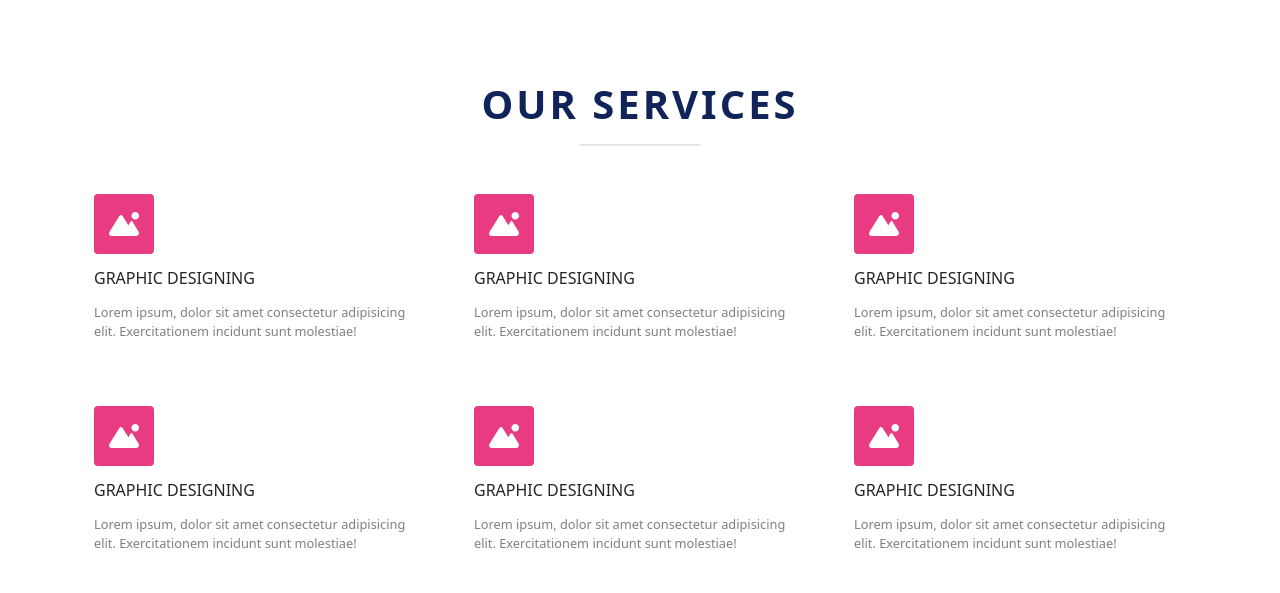
Repository: lhggiang/CaseStudy
Page: index.html
An editor plug-in stored every save of this project. The page is shown before and after the next save, followed by the edit.
The browser window is 1280 px wide. The pictures show the part of the page from y = 778 to 1371 px (the page is 1371 px tall before and 1363 px after).
Backgrounds fixed to the window are drawn as part of the page. Some web libraries are served in a nearby version. The style sheet was rebuilt from its Sass, Less or Tailwind sources for each picture, by a compiler version that may differ from the author's.

Above is the page before, as saved 2023-02-22 15:18:04.

### index.html
<!DOCTYPE html>
<html lang="en">

<head>
    <meta charset="UTF-8">
    <meta http-equiv="X-UA-Compatible" content="IE=edge">
    <meta name="viewport" content="width=device-width, initial-scale=1.0">
    <title>Document</title>
    <link rel="stylesheet" href="./style.css">
    <!-- git remote add origin https://github.com/lhggiang/CaseStudy.git -->
    <link href="https://cdn.jsdelivr.net/npm/bootstrap@5.3.0-alpha1/dist/css/bootstrap.min.css" rel="stylesheet"
        integrity="sha384-GLhlTQ8iRABdZLl6O3oVMWSktQOp6b7In1Zl3/Jr59b6EGGoI1aFkw7cmDA6j6gD" crossorigin="anonymous">
    <link rel="stylesheet" href="https://cdnjs.cloudflare.com/ajax/libs/font-awesome/6.3.0/css/all.min.css">
    <link rel="stylesheet" href="./assets/css/style.css">
</head>

<body>
    <!-- Navbar -->
    <nav class="navbar navbar-expand-lg bg-white">
        <div class="container">
            <a class="navbar-brand" href="#">HG.Travel</a>
            <button class="navbar-toggler" type="button" data-bs-toggle="collapse" data-bs-target="#navbarNav"
                aria-controls="navbarNav" aria-expanded="false" aria-label="Toggle navigation">
                <span class="navbar-toggler-icon"></span>
            </button>
            <div class="collapse navbar-collapse" id="navbarNav">
                <ul class="navbar-nav ms-auto">
                    <li class="nav-item">
                        <a class="nav-link active" aria-current="page" href="#">HOME</a>
                    </li>
                    <li class="nav-item">
                        <a class="nav-link" href="#">SERVICES</a>
                    </li>
                    <li class="nav-item">
                        <a class="nav-link" href="#">PORTFOLIO</a>
                    </li>
                    <li class="nav-item">
                        <a class="nav-link" href="#">FEATURES</a>
                    </li>
                    <li class="nav-item">
                        <a class="nav-link" href="#">TEAM</a>
                    </li>
                    <li class="nav-item">
                        <a class="nav-link" href="#">TESTIMONIALS</a>
                    </li>
                    <li class="nav-item">
                        <a class="nav-link" href="#">CONTACT</a>
                    </li>
                </ul>
            </div>
        </div>
    </nav>
    <!-- Hero -->
    <div class="hero">
        <div class="container text-center">
            <div class="row justify-content-center">
                <div class="col-md-10">
                    <h1 class="text-white display-3">WE ARE CREATIVE AGENCY, CREATIVE PEOPLE</h1>
                    <p class="text-white">Lorem ipsum dolor sit amet consectetur, adipisicing elit. Expedita, soluta
                        fugit
                        voluptatibus veritatis voluptas dolores eligendi ducimus enim blanditiis cupiditate.</p>
                    <a href="#" class="btn btn-danger">Contact</a>
                </div>
            </div>
        </div>
    </div>
    <!-- Services -->
    <div class="services">
        <div class="container">
            <div class="row">
                <div class="col-12 services__intro">
                    <h1>Our Services</h1>
                    <div class="services__line"></div>
                </div>
            </div>
            <div class="row mt-4">
                <div class="col-lg-4 col-sm-6 p-4">
                    <div class="services__icon">
                        <i class="fa-solid fa-mountain-sun"></i>
                    </div>
                    <h4 class="services__title">GRAPHIC DESIGNING</h4>
                    <p class="services__content">Lorem ipsum, dolor sit amet consectetur adipisicing elit.
                        Exercitationem incidunt sunt molestiae!
                    </p>
                </div>
                <div class="col-lg-4 col-sm-6 p-4">
                    <div class="services__icon">
                        <i class="fa-solid fa-mountain-sun"></i>
                    </div>
                    <h4 class="services__title">GRAPHIC DESIGNING</h4>
                    <p class="services__content">Lorem ipsum, dolor sit amet consectetur adipisicing elit.
                        Exercitationem incidunt sunt molestiae!
                    </p>
                </div>
                <div class="col-lg-4 col-sm-6 p-4">
                    <div class="services__icon">
                        <i class="fa-solid fa-mountain-sun"></i>
                    </div>
                    <h4 class="services__title">GRAPHIC DESIGNING</h4>
                    <p class="services__content">Lorem ipsum, dolor sit amet consectetur adipisicing elit.
                        Exercitationem incidunt sunt molestiae!
                    </p>
                </div>
                <div class="col-lg-4 col-sm-6 p-4">
                    <div class="services__icon">
                        <i class="fa-solid fa-mountain-sun"></i>
                    </div>
                    <h4 class="services__title">GRAPHIC DESIGNING</h4>
                    <p class="services__content">Lorem ipsum, dolor sit amet consectetur adipisicing elit.
                        Exercitationem incidunt sunt molestiae!
                    </p>
                </div>
                <div class="col-lg-4 col-sm-6 p-4">
                    <div class="services__icon">
                        <i class="fa-solid fa-mountain-sun"></i>
                    </div>
                    <h4 class="services__title">GRAPHIC DESIGNING</h4>
                    <p class="services__content">Lorem ipsum, dolor sit amet consectetur adipisicing elit.
                        Exercitationem incidunt sunt molestiae!
                    </p>
                </div>
                <div class="col-lg-4 col-sm-6 p-4">
                    <div class="services__icon">
                        <i class="fa-solid fa-mountain-sun"></i>
                    </div>
                    <h4 class="services__title">GRAPHIC DESIGNING</h4>
                    <p class="services__content">Lorem ipsum, dolor sit amet consectetur adipisicing elit.
                        Exercitationem incidunt sunt molestiae!
                    </p>
                </div>
            </div>
        </div>
    </div>
</body>
<script src="https://cdn.jsdelivr.net/npm/bootstrap@5.3.0-alpha1/dist/js/bootstrap.bundle.min.js"
    integrity="sha384-w76AqPfDkMBDXo30jS1Sgez6pr3x5MlQ1ZAGC+nuZB+EYdgRZgiwxhTBTkF7CXvN"
    crossorigin="anonymous"></script>

</html>

### style.scss
* {
  box-sizing: border-box;
}

body {
  font-size: 62.5%;
}

$font-size: 0.9rem;
$color-pink: #e93b81;
$font-weight: 500;

// Navbar
.navbar {
  border-bottom: 2px solid rgba(0, 0, 0, 0.1);
  .navbar-brand {
    font-weight: $font-weight;
    color: #11245a;
  }
  .nav-link {
    font-size: $font-size;
    font-weight: $font-weight;
    letter-spacing: 0.05rem;
    &.active {
      color: $color-pink;
    }
  }
}

//Hero
.hero {
  background-image: linear-gradient(
      to right,
      rgb(67, 67, 67, 0.8) 0%,
      rgb(0, 0, 0, 0.8) 100%
    ),
    url("https://images.unsplash.com/photo-1539635278303-d4002c07eae3?ixlib=rb-4.0.3&ixid=MnwxMjA3fDB8MHxwaG90by1wYWdlfHx8fGVufDB8fHx8&auto=format&fit=crop&w=1170&q=80");
  min-height: 100vh;
  background-size: cover;
  background-position: center;
  background-attachment: fixed;
  display: flex;
  align-items: center;

  h1 {
    font-weight: $font-weight;
  }

  p {
    font-size: $font-size;
    max-width: 30rem;
    margin: 20px auto;
  }

  .btn {
    font-weight: $font-weight;
    font-size: $font-size;
    padding: 8px 22px;
    border-radius: 0;
  }
}

//Services
.services {
  &__intro {
    text-align: center;
    margin-top: 80px;
    h1 {
      color: #11245a;
      text-transform: uppercase;
      font-weight: 600;
      letter-spacing: 3px;
    }
    .services__line {
      width: 120px;
      height: 2px;
      background-color: rgba(0, 0, 0, 0.1);
      margin: 16px auto 0 auto;
    }
  }
  &__icon {
    width: 60px;
    height: 60px;
    background-color: $color-pink;
    color: #fff;
    border-radius: 4px;
    display: flex;
    align-items: center;
    justify-content: center;
    font-size: 1.5rem;
    flex: none;
  }
  &__title {
    font-size: 1rem;
    margin: 15px 0;
  }
  &__content {
    font-size: 0.8rem;
    color: rgba(0, 0, 0, 0.5);
  }
  // &__components {
  //   margin-top: 50px;
  // }
}

After the next save:
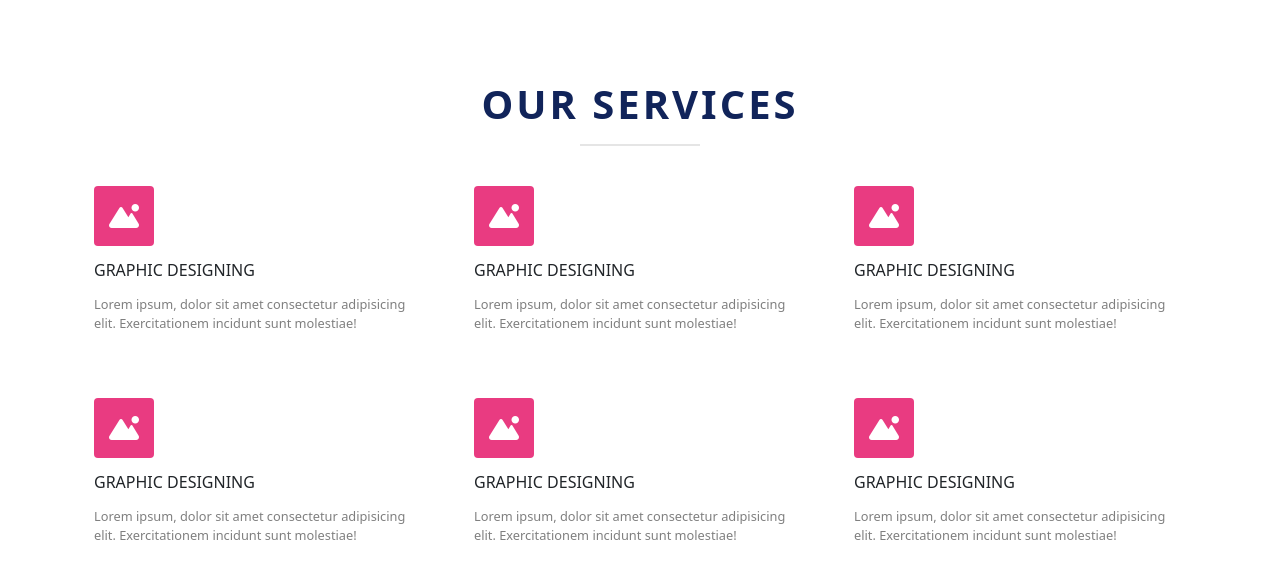
Saved 13 s later.
--- a/index.html
+++ b/index.html
@@ -73,7 +73,7 @@
                     <div class="services__line"></div>
                 </div>
             </div>
-            <div class="row mt-4">
+            <div class="row mt-3">
                 <div class="col-lg-4 col-sm-6 p-4">
                     <div class="services__icon">
                         <i class="fa-solid fa-mountain-sun"></i>
